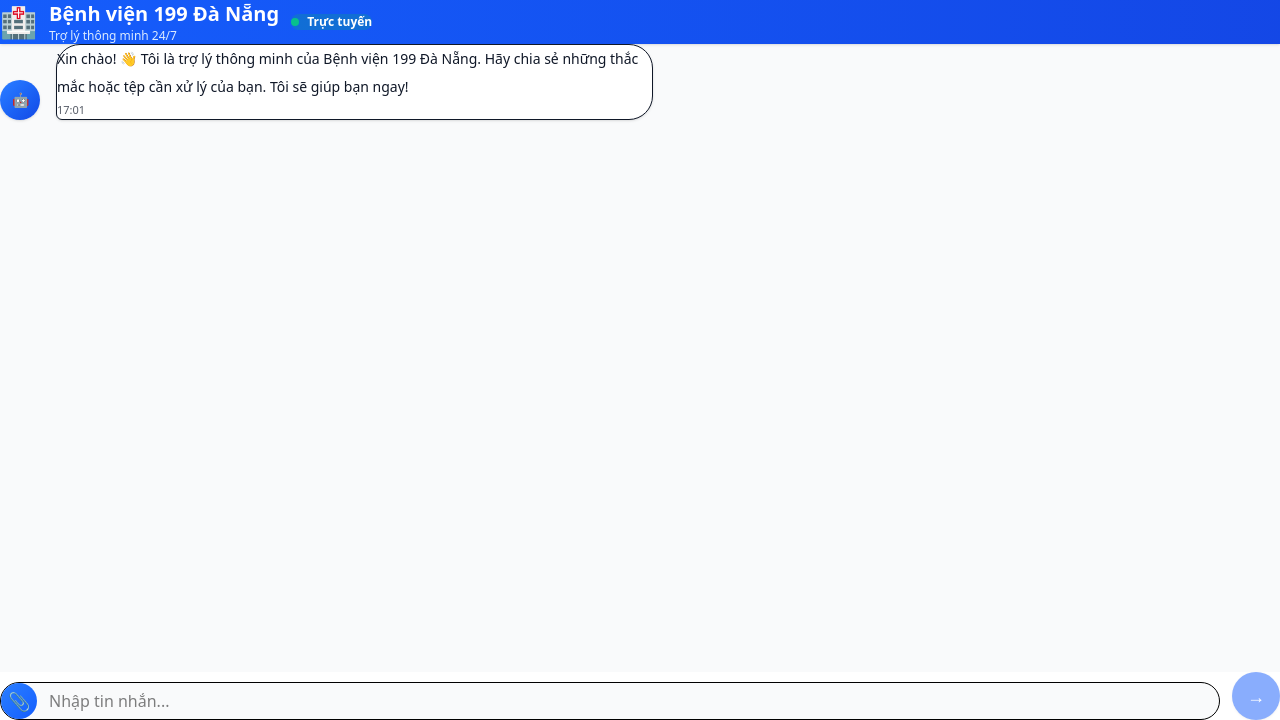
Repository: France2003/B-nh_Vi-n_199
Page: /
These files come from the project's save history. The page is drawn as it stood at one moment and after the next save; the edit follows.
The browser window is 1280 px wide. The pictures show the whole page.
The project was rebuilt for these pictures with package versions that can differ from the ones it lists, and the page was loaded fresh each time. Also part of the build but not shown: vite.config.ts, src/App.css, src/components/FilePreview.tsx.

Above is the page before, as saved 2026-01-10 12:01:24.

### index.html
<!doctype html>
<html lang="en">
  <head>
    <meta charset="UTF-8" />
    <link rel="icon" type="image/svg+xml" href="/vite.svg" />
    <meta name="viewport" content="width=device-width, initial-scale=1.0" />
    <title>chat199</title>
  </head>
  <body>
    <div id="root"></div>
    <script type="module" src="/src/main.tsx"></script>
  </body>
</html>

### src/index.css
@import "tailwindcss";

:root {
  --hospital-50: #f0f7fc;
  --hospital-100: #dceef9;
  --hospital-200: #b9def3;
  --hospital-300: #8fcde9;
  --hospital-400: #5ab9dd;
  --hospital-500: #35a4d0;
  --hospital-600: #2a7bb7;
  --hospital-700: #1e5b8d;
  --hospital-800: #0d4a73;
  --hospital-900: #081f2e;
}

* {
  @apply m-0 p-0 box-border;
}

html,
body {
  @apply h-full w-full;
}

body {
  @apply overflow-hidden;
}

#root {
  @apply h-screen w-screen;
}

/* Scrollbar Styling */
::-webkit-scrollbar {
  @apply w-2 h-2;
}

::-webkit-scrollbar-track {
  @apply bg-transparent;
}

::-webkit-scrollbar-thumb {
  background-color: rgb(13, 74, 115, 0.3);
  border-radius: 4px;
}

::-webkit-scrollbar-thumb:hover {
  background-color: rgb(13, 74, 115, 0.5);
}

/* Custom animations */
@keyframes slideIn {
  from {
    opacity: 0;
    transform: translateY(10px);
  }
  to {
    opacity: 1;
    transform: translateY(0);
  }
}

@keyframes bounce {
  0%, 80%, 100% {
    opacity: 0.5;
    transform: translateY(0);
  }
  40% {
    opacity: 1;
    transform: translateY(-10px);
  }
}

.animate-in {
  animation: slideIn 0.3s ease forwards;
}

.delay-200 {
  animation-delay: 200ms;
}

.delay-400 {
  animation-delay: 400ms;
}

.slide-in-from-bottom-2 {
  --tw-enter-translate-y: 8px;
}

### src/App.tsx
import './App.css'
import { ChatBot } from './components/ChatBot'

function App() {
  return <ChatBot />
}

export default App

### src/components/ChatBot.tsx
import React, { useState, useRef, useEffect } from 'react';
import type { Message, UploadedFile } from '../types';
import { ChatMessage } from './ChatMessage';
import { FileUploader } from './FileUploader';
import { FilePreview } from './FilePreview';

export const ChatBot: React.FC = () => {
  const [messages, setMessages] = useState<Message[]>([
    {
      id: '1',
      type: 'bot',
      content:
        'Xin chào! 👋 Tôi là trợ lý thông minh của Bệnh viện 199 Đà Nẵng. Hãy chia sẻ những thắc mắc hoặc tệp cần xử lý của bạn. Tôi sẽ giúp bạn ngay!',
      timestamp: new Date(),
    },
  ]);

  const [uploadedFiles, setUploadedFiles] = useState<UploadedFile[]>([]);
  const [inputValue, setInputValue] = useState('');
  const [isLoading, setIsLoading] = useState(false);
  const messagesEndRef = useRef<HTMLDivElement>(null);

  useEffect(() => {
    messagesEndRef.current?.scrollIntoView({ behavior: 'smooth' });
  }, [messages, isLoading]);

  const handleSendMessage = async () => {
    if (!inputValue.trim() && uploadedFiles.length === 0) return;

    const userMessage: Message = {
      id: `${Date.now()}`,
      type: 'user',
      content: inputValue,
      timestamp: new Date(),
      files: uploadedFiles.length ? [...uploadedFiles] : undefined,
    };

    setMessages((prev) => [...prev, userMessage]);
    setInputValue('');
    setUploadedFiles([]);
    setIsLoading(true);

    setTimeout(() => {
      setMessages((prev) => [
        ...prev,
        {
          id: `${Date.now() + 1}`,
          type: 'bot',
          content: generateBotResponse(userMessage),
          timestamp: new Date(),
        },
      ]);
      setIsLoading(false);
    }, 800);
  };

  const generateBotResponse = (msg: Message) => {
    if (msg.files?.length) {
      return `✓ Đã nhận ${msg.files.length} tệp: ${msg.files
        .map((f) => f.name)
        .join(', ')}`;
    }
    return '✓ Bệnh viện 199 sẵn sàng hỗ trợ. Bạn cần tôi giúp gì thêm?';
  };

  return (
    <div className="flex flex-col h-screen bg-gray-50">
      {/* HEADER */}
      <header className="flex items-center gap-3 px-6 py-4 bg-gradient-to-r from-blue-600 to-blue-700 text-white shadow">
        <div className="text-3xl">🏥</div>
        <div>
          <h1 className="text-xl font-bold">Bệnh viện 199 Đà Nẵng</h1>
          <p className="text-xs text-blue-100">Trợ lý thông minh 24/7</p>
        </div>
        <div className="ml-auto flex items-center gap-2 bg-green-500/20 px-3 py-1 rounded-full">
          <span className="w-2 h-2 bg-green-400 rounded-full animate-pulse" />
          <span className="text-xs font-semibold">Trực tuyến</span>
        </div>
      </header>

      {/* CHAT */}
      <div className="flex-1 overflow-y-auto py-8">
        <div className="w-full px-4 sm:px-10 lg:px-20">
          {messages.map((m) => (
            <ChatMessage key={m.id} message={m} />
          ))}

          {isLoading && (
            <div className="flex gap-3">
              <div className="w-8 h-8 rounded-full bg-blue-600 flex items-center justify-center text-white">
                🤖
              </div>
              <div className="flex gap-1 bg-white px-4 py-3 rounded-2xl shadow">
                <span className="w-2 h-2 bg-blue-500 rounded-full animate-bounce" />
                <span className="w-2 h-2 bg-blue-500 rounded-full animate-bounce [animation-delay:0.15s]" />
                <span className="w-2 h-2 bg-blue-500 rounded-full animate-bounce [animation-delay:0.3s]" />
              </div>
            </div>
          )}

          <div ref={messagesEndRef} />
        </div>
      </div>

      {/* INPUT */}
      <div className="bg-white py-4">
        <div className="w-full px-4 sm:px-10 lg:px-20">
          {uploadedFiles.length > 0 && (
            <FilePreview
              files={uploadedFiles}
              onRemove={(id) =>
                setUploadedFiles((f) => f.filter((x) => x.id !== id))
              }
              onDescriptionChange={(id, desc) =>
                setUploadedFiles((f) =>
                  f.map((x) => (x.id === id ? { ...x, description: desc } : x))
                )
              }
            />
          )}

          <div className="flex items-end gap-3 mt-3">
            <div className="flex flex-1 items-center gap-3 border rounded-3xl px-5 py-3 bg-gray-50 focus-within:ring-2 focus-within:ring-blue-500 transition">
              <FileUploader
                onFilesUpload={(f) => setUploadedFiles((p) => [...p, ...f])}
                showLabel={false}
              />
              <input
                value={inputValue}
                onChange={(e) => setInputValue(e.target.value)}
                onKeyDown={(e) => e.key === 'Enter' && handleSendMessage()}
                placeholder="Nhập tin nhắn..."
                className="flex-1 bg-transparent outline-none text-base leading-6"
              />
            </div>

            <button
              onClick={handleSendMessage}
              disabled={!inputValue.trim() && !uploadedFiles.length}
              className="w-12 h-12 rounded-full bg-blue-600 text-white text-lg shadow hover:scale-110 transition disabled:opacity-50"
            >
              →
            </button>
          </div>
        </div>
      </div>

    </div>
  );
};

### src/components/ChatMessage.tsx
import React from 'react';
import type { Message } from '../types';

export const ChatMessage: React.FC<{ message: Message }> = ({ message }) => {
  const isUser = message.type === 'user';

  return (
    <div className={`w-full flex ${isUser ? 'justify-end' : 'justify-start'}`}>
      <div
        className={`flex items-end gap-4 max-w-[92%] ${isUser ? 'flex-row-reverse' : ''
          }`}
      >
        {/* AVATAR */}
        <div
          className={`w-10 h-10 shrink-0 rounded-full flex items-center justify-center text-sm shadow
            ${isUser
              ? 'bg-blue-600 text-white'
              : 'bg-gradient-to-br from-blue-500 to-blue-700 text-white'
            }`}
        >
          {isUser ? 'Bạn' : '🤖'}
        </div>

        {/* MESSAGE BUBBLE */}
        <div
          className={`
            max-w-[80%] sm:max-w-[68%] lg:max-w-[60%]
            px-5 py-4 rounded-3xl shadow-sm
            text-sm leading-relaxed
            ${isUser
              ? 'bg-blue-600 text-white rounded-br-md'
              : 'bg-white text-gray-900 border rounded-bl-md'
            }
          `}
        >
          <div className="break-words leading-7">{message.content}</div>

          <div
            className={`mt-2 text-[11px] opacity-70 ${isUser ? 'text-right' : 'text-left'
              }`}
          >
            {message.timestamp.toLocaleTimeString('vi-VN', {
              hour: '2-digit',
              minute: '2-digit',
            })}
          </div>
        </div>
      </div>
    </div>
  );
};

### src/components/FileUploader.tsx
import React, { useState, useRef } from 'react';
import type { UploadedFile } from '../types';

interface FileUploaderProps {
  onFilesUpload: (files: UploadedFile[]) => void;
  showLabel?: boolean;
}

export const FileUploader: React.FC<FileUploaderProps> = ({ onFilesUpload, showLabel = true }) => {
  const [isDragActive, setIsDragActive] = useState(false);
  const fileInputRef = useRef<HTMLInputElement>(null);

  const handleDrag = (e: React.DragEvent) => {
    e.preventDefault();
    e.stopPropagation();
    if (e.type === 'dragenter' || e.type === 'dragover') {
      setIsDragActive(true);
    } else if (e.type === 'dragleave') {
      setIsDragActive(false);
    }
  };

  const processFiles = (files: FileList) => {
    const uploadedFiles: UploadedFile[] = [];

    Array.from(files).forEach((file) => {
      const isImage = file.type.startsWith('image/');
      const uploadedFile: UploadedFile = {
        id: `${Date.now()}-${Math.random()}`,
        name: file.name,
        type: isImage ? 'image' : 'file',
        file,
      };

      if (isImage) {
        const reader = new FileReader();
        reader.onload = (e) => {
          uploadedFile.preview = e.target?.result as string;
        };
        reader.readAsDataURL(file);
      }

      uploadedFiles.push(uploadedFile);
    });

    onFilesUpload(uploadedFiles);
  };

  const handleDrop = (e: React.DragEvent) => {
    e.preventDefault();
    e.stopPropagation();
    setIsDragActive(false);

    if (e.dataTransfer.files && e.dataTransfer.files[0]) {
      processFiles(e.dataTransfer.files);
    }
  };

  const handleChange = (e: React.ChangeEvent<HTMLInputElement>) => {
    if (e.target.files) {
      processFiles(e.target.files);
    }
  };

  if (!showLabel) {
    return (
      <>
        <input
          ref={fileInputRef}
          type="file"
          multiple
          onChange={handleChange}
          accept="image/*,.pdf,.doc,.docx,.xls,.xlsx,.txt"
          className="hidden"
          id="file-upload-input"
        />
        <label
          htmlFor="file-upload-input"
          className="flex items-center justify-center w-9 h-9 rounded-full bg-gradient-to-br from-blue-500 to-blue-600 text-white cursor-pointer hover:shadow-md transition-transform active:scale-95 flex-shrink-0"
          title="Tải file"
          onDragEnter={handleDrag}
          onDragLeave={handleDrag}
          onDragOver={handleDrag}
          onDrop={handleDrop}
        >
          <span className="text-lg">📎</span>
        </label>
      </>
    );
  }

  return (
    <div
      className={`border-2 border-dashed rounded-2xl p-8 text-center transition-all cursor-pointer mb-5 ${
        isDragActive
          ? 'border-blue-500 bg-blue-50 shadow-lg scale-105'
          : 'border-blue-300 bg-blue-50 hover:bg-blue-100 hover:border-blue-400'
      }`}
      onDragEnter={handleDrag}
      onDragLeave={handleDrag}
      onDragOver={handleDrag}
      onDrop={handleDrop}
    >
      <input
        ref={fileInputRef}
        type="file"
        multiple
        onChange={handleChange}
        accept="image/*,.pdf,.doc,.docx,.xls,.xlsx,.txt"
        className="hidden"
      />
      <div className="pointer-events-none">
        <div className="text-4xl mb-3">📁</div>
        <p className="m-0 mb-2 text-base font-bold text-blue-900">Kéo thả file tại đây</p>
        <p className="m-0 text-sm text-blue-600 mb-3">hoặc nhấp để chọn từ máy tính</p>
        <p className="m-0 text-xs text-blue-500">Hỗ trợ: Hình ảnh, PDF, Word, Excel</p>
      </div>
    </div>
  );
};

Loaded but not shown: src/main.tsx (common file)

After the next save:
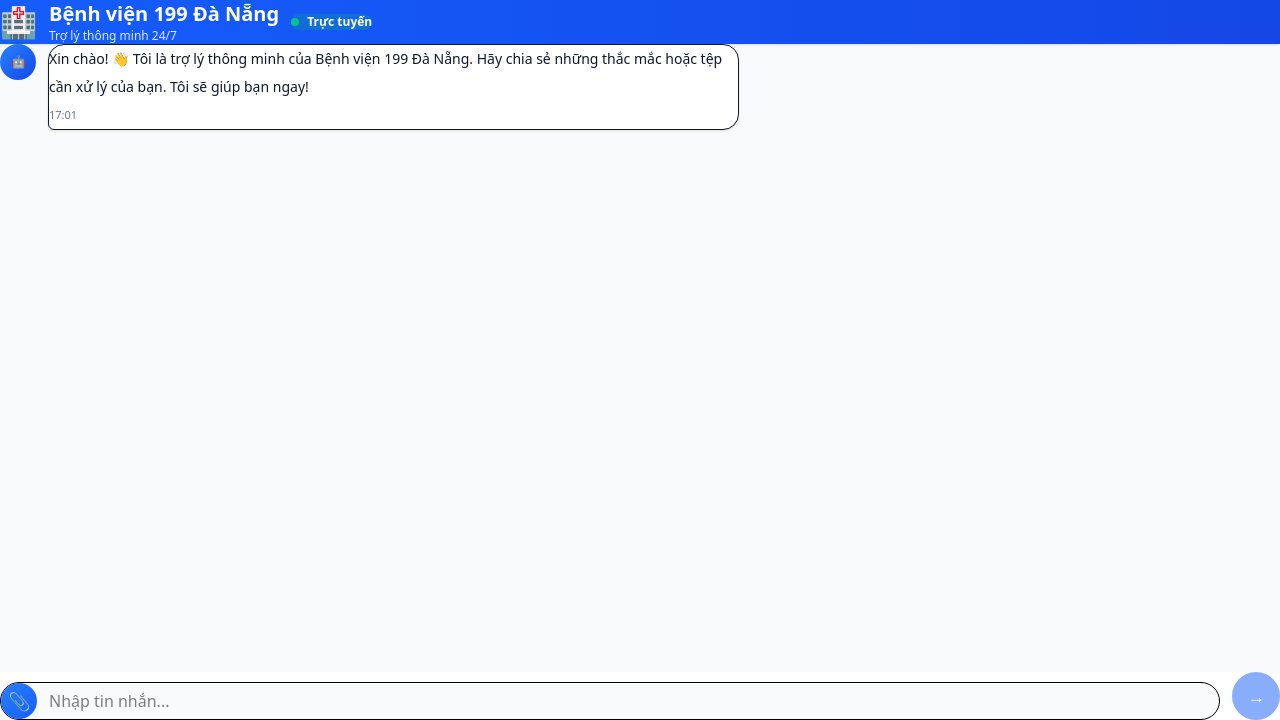
Saved 4 min 53 s later.
--- a/src/components/ChatMessage.tsx
+++ b/src/components/ChatMessage.tsx
@@ -5,14 +5,11 @@
   const isUser = message.type === 'user';
 
   return (
-    <div className={`w-full flex ${isUser ? 'justify-end' : 'justify-start'}`}>
-      <div
-        className={`flex items-end gap-4 max-w-[92%] ${isUser ? 'flex-row-reverse' : ''
-          }`}
-      >
+    <div className={`flex ${isUser ? 'justify-end' : 'justify-start'} mb-6`}>
+      <div className={`flex gap-3 ${isUser ? 'flex-row-reverse' : ''} max-w-full`}>
         {/* AVATAR */}
         <div
-          className={`w-10 h-10 shrink-0 rounded-full flex items-center justify-center text-sm shadow
+          className={`w-9 h-9 shrink-0 rounded-full flex items-center justify-center text-xs font-medium
             ${isUser
               ? 'bg-blue-600 text-white'
               : 'bg-gradient-to-br from-blue-500 to-blue-700 text-white'
@@ -21,23 +18,25 @@
           {isUser ? 'Bạn' : '🤖'}
         </div>
 
-        {/* MESSAGE BUBBLE */}
+        {/* BUBBLE */}
         <div
           className={`
-            max-w-[80%] sm:max-w-[68%] lg:max-w-[60%]
-            px-5 py-4 rounded-3xl shadow-sm
-            text-sm leading-relaxed
+            max-w-[70%]
+            px-4 py-3 rounded-2xl
+            text-sm leading-7 break-words
+            shadow-sm
             ${isUser
               ? 'bg-blue-600 text-white rounded-br-md'
-              : 'bg-white text-gray-900 border rounded-bl-md'
+              : 'bg-white border text-gray-900 rounded-bl-md'
             }
           `}
         >
-          <div className="break-words leading-7">{message.content}</div>
+          {message.content}
 
           <div
-            className={`mt-2 text-[11px] opacity-70 ${isUser ? 'text-right' : 'text-left'
-              }`}
+            className={`mt-1 text-[11px] opacity-60 ${
+              isUser ? 'text-right' : 'text-left'
+            }`}
           >
             {message.timestamp.toLocaleTimeString('vi-VN', {
               hour: '2-digit',
